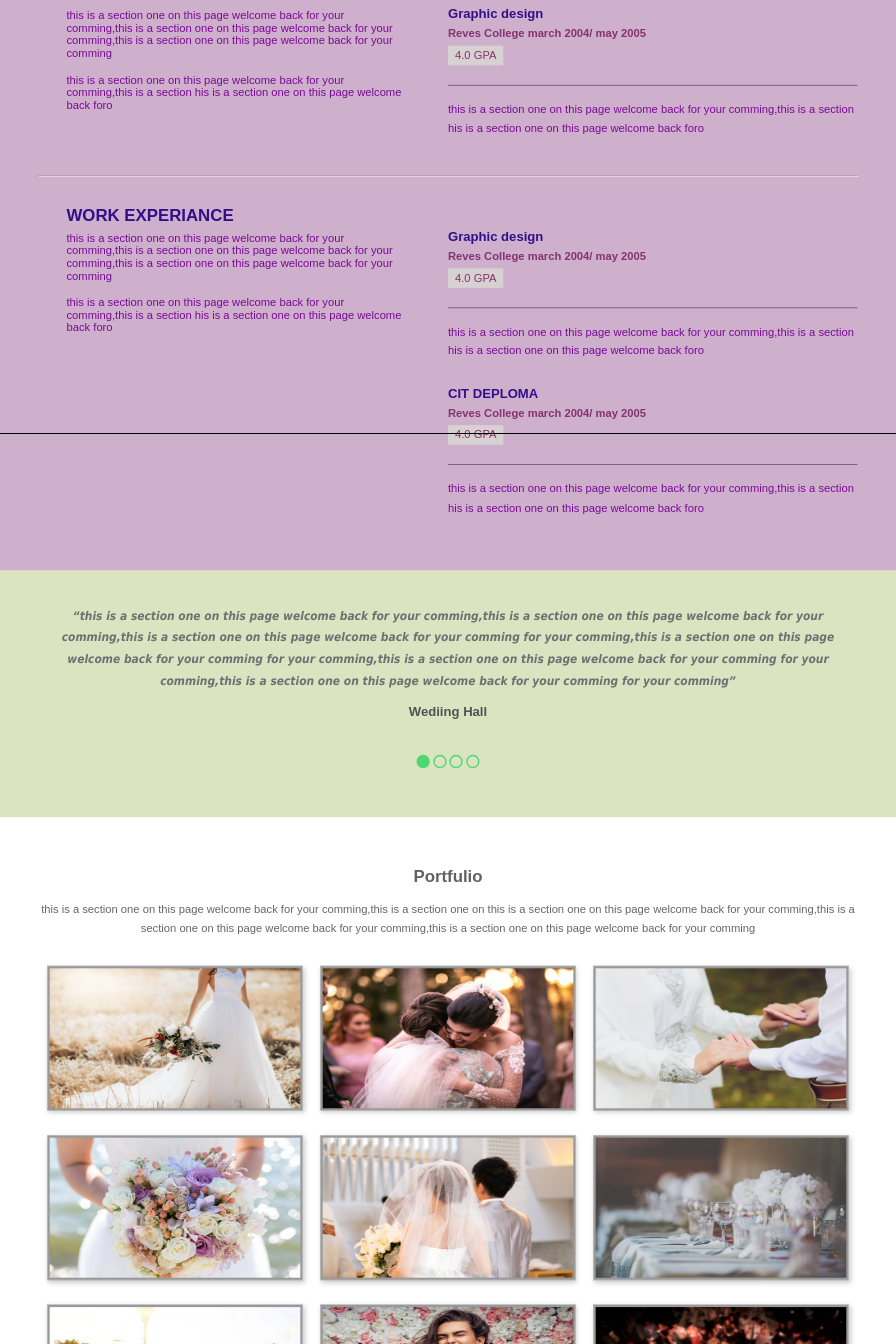
Repository: special4Party/Graduation-project-wedding-hall
Page: pages/index.html
The author's editor kept a copy of each file at every save. The page is drawn from the files as they stood at one save, then again after the next save.
The browser window is 1280 px wide. The pictures show the part of the page from y = 2286 to 4206 px (the page is 5297 px tall before and 5279 px after), at 70% of full size.

Above is the page before, as saved 2022-04-02 16:48:21.

After the next save:
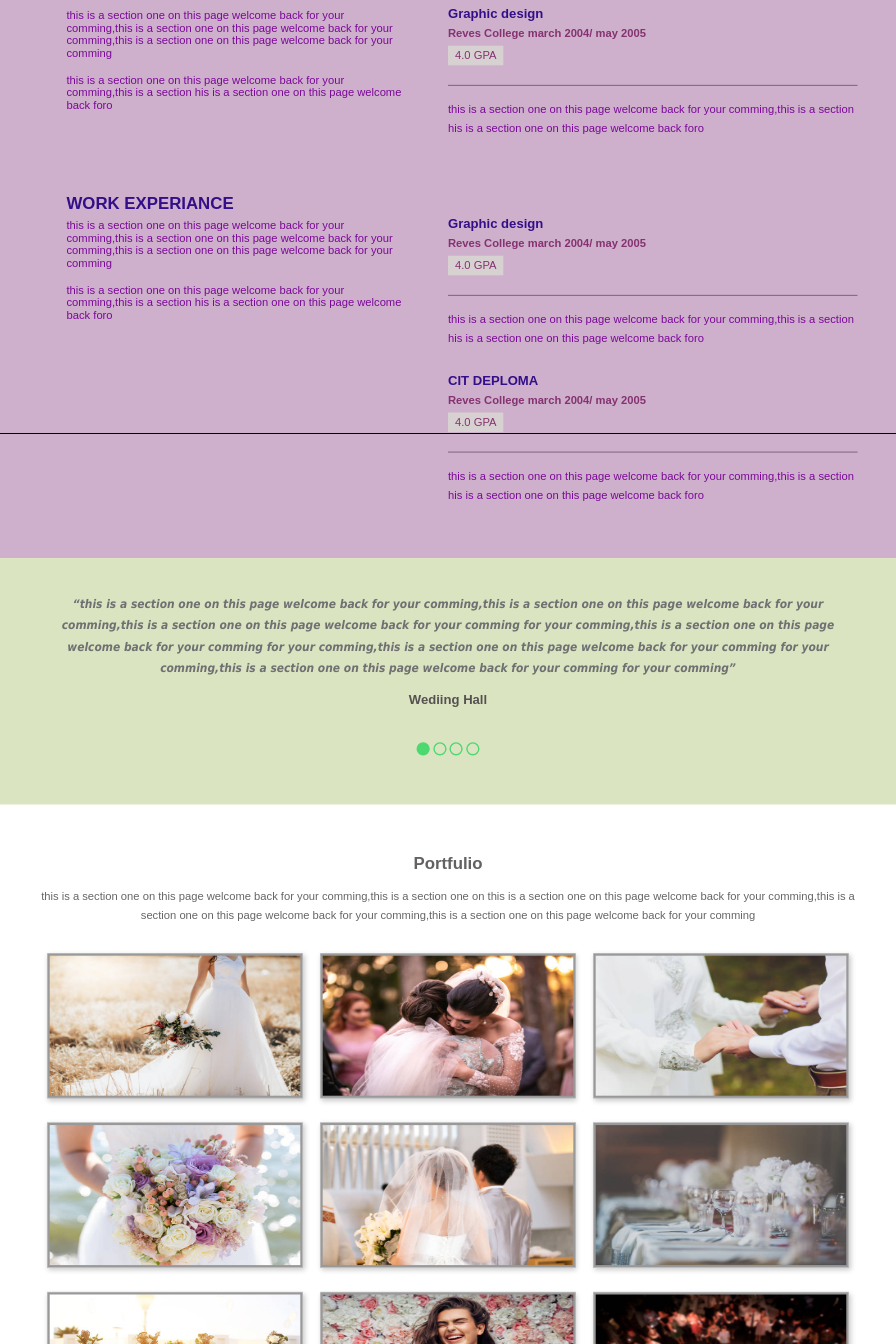
Saved 20 s later.
--- a/pages/index.html
+++ b/pages/index.html
@@ -201,7 +201,7 @@
 			</div>
 		</div>
 		<div class="clearfix"></div>
-		<hr style="color: rgb(172, 55, 55); width: 100%;">
+
 		<div class="main">
 			<h2>work EXPERIANCE</h2>
 			<p>this is a section one on this page welcome back for your comming,this is a section one on this page welcome back for your comming,this is a section one on this page welcome back for your comming</p>
